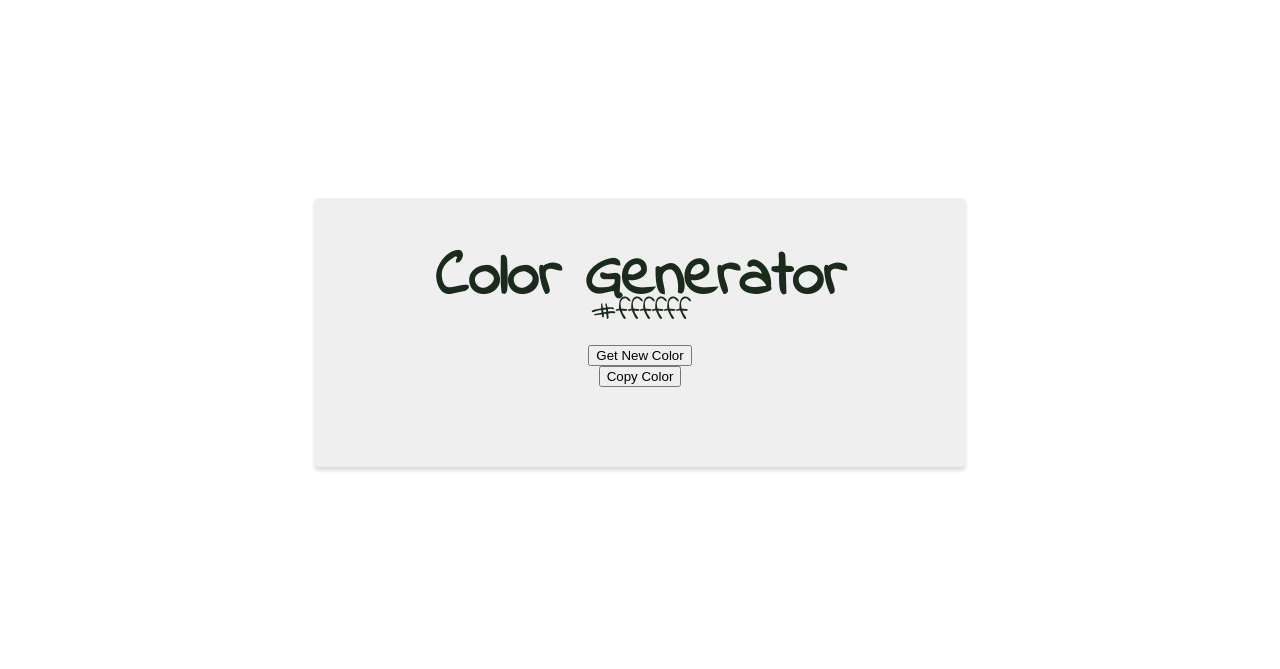
Repository: codimis/JSB-01-Color-Changer
Page: index.html
An editor plug-in stored every save of this project. The page is shown before and after a run of saves, followed by the edit.
The browser window is 1280 px wide. The pictures show the whole page.

Above is the page before, as saved 2021-09-17 01:48:30.

After the next 2 saves:
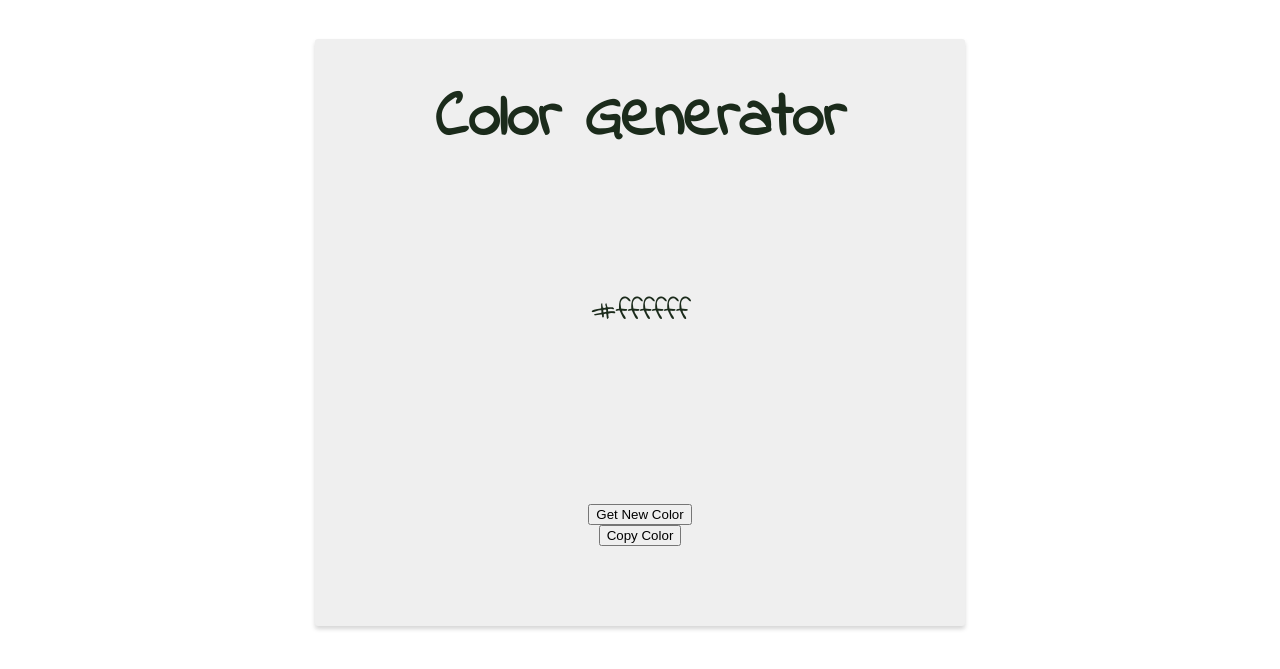
The 2 saves are shown as one change because they came seconds apart.
The last was saved 10 s later.
--- a/style.css
+++ b/style.css
@@ -55,5 +55,5 @@ h1 {
 #currentColor {
     text-align: center;
     font-size: 2rem;
-    line-height: 2px;
+    line-height: 10;
 }
